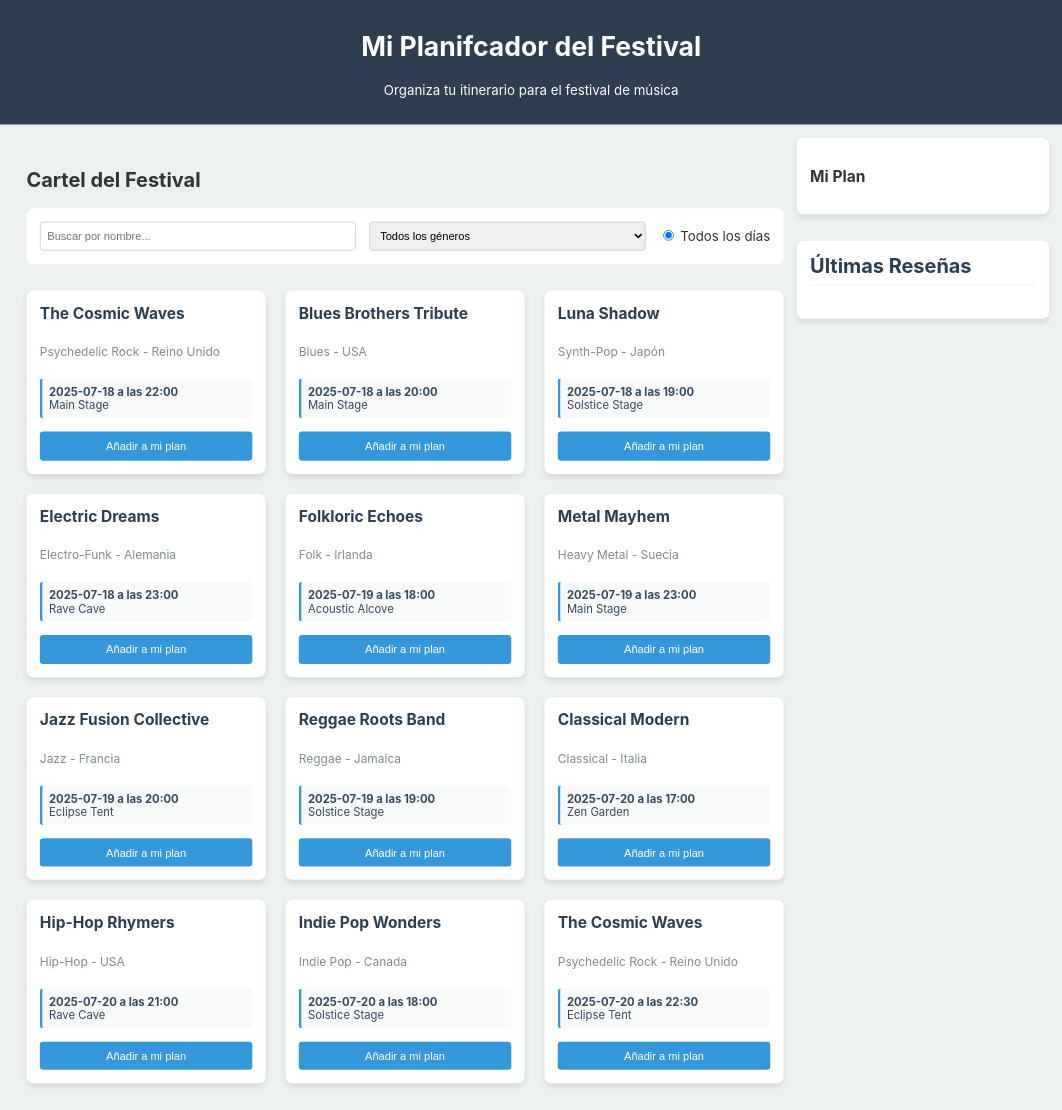
Repository: rotoforze/DWEC
Page: 2_examen_alexBernardos/index.html
An editor plug-in stored every save of this project. The page is shown before and after the next save, followed by the edit.
The browser window is 1280 px wide. The pictures show the whole page, at 83% of full size.

Above is the page before, as saved 2025-12-12 11:36:35.

### 2_examen_alexBernardos/index.html
<!DOCTYPE html>
<html lang="es">
<head>
    <meta charset="UTF-8">
    <meta name="viewport" content="width=device-width, initial-scale=1.0">
    <title>Festival</title>
    <link rel="stylesheet" href="css/style.css">
</head>
<body>
    <!-- Encabezado principal de la aplicación -->
    <header>
        <h1>Mi Planifcador del Festival</h1>
        <p>Organiza tu itinerario para el festival de música</p>
    </header>

    <!-- Contenedor principal de la aplicación: organiza el dashboard y la columna derecha -->
    <div class="container">
        <!-- Sección principal del dashboard: muestra el cartel del festival y los filtros -->
        <main id="dashboard">
            <h2>Cartel del Festival</h2>
            <!-- Formulario de filtros para buscar y categorizar artistas -->
            <form id="filter-form">
                <input type="text" id="search-name" placeholder="Buscar por nombre...">
                <select id="filter-genre">
                    <option value="">Todos los géneros</option>
                    <!-- Las opciones de género se cargarán aquí dinámicamente mediante JavaScript -->
                </select>
                <div id="filter-day" class="radio-group">
                    <label><input type="radio" name="day" value="" checked> Todos los días</label>
                    <!-- Las opciones de día se cargarán aquí dinámicamente mediante JavaScript -->
                </div>
            </form>
            <!-- Contenedor donde se mostrarán las tarjetas de los artistas filtrados -->
            <div id="artist-list" class="grid-container">
                <!-- Las tarjetas de artistas se insertarán aquí por JavaScript -->
            </div>
        </main>

        <!-- Columna lateral derecha: contiene el plan del usuario y las reseñas -->
        <div class="right-column">
            <!-- Sección para el plan personalizado del usuario -->
            <aside id="my-plan-container">
                <h3>Mi Plan</h3>
                <!-- Lista donde se añadirán las actuaciones seleccionadas por el usuario -->
                <ul id="plan-list">
                    <!-- Las actuaciones añadidas aparecerán aquí por JavaScript -->
                </ul>
            </aside>
            <!-- Sección para mostrar las reseñas de los artistas -->
            <section id="reviews-section">
                <h2>Últimas Reseñas</h2>
                <!-- Contenedor donde se mostrarán las tarjetas de las reseñas -->
                <div id="reviews-list">
                    <!-- Las reseñas se insertarán aquí por JavaScript -->
                </div>
            </section>
        </div>
    </div>

    <!-- Modal para el formulario de reseña (inicialmente oculto) -->
    <div id="review-modal" class="modal-overlay" style="display: none;">
        <div class="modal-content">
            <button class="close-modal">&times;</button>
            <h3 id="modal-artist-name">Dejar reseña para...</h3>
            <!-- Formulario de reseña del artista. La validación se realiza en el cliente. -->
            <form id="review-form" novalidate>
                <div class="form-group">
                    <label>Calificación:</label>
                    <div class="star-rating">
                        <!-- Campos de radio para la calificación por estrellas (5 a 1) -->
                        <input type="radio" id="star5" name="rating" value="5" required><label for="star5" title="5 stars">★</label>
                        <input type="radio" id="star4" name="rating" value="4"><label for="star4" title="4 stars">★</label>
                        <input type="radio" id="star3" name="rating" value="3"><label for="star3" title="3 stars">★</label>
                        <input type="radio" id="star2" name="rating" value="2"><label for="star2" title="2 stars">★</label>
                        <input type="radio" id="star1" name="rating" value="1"><label for="star1" title="1 star">★</label>
                    </div>
                    <span class="error-message"></span>
                </div>
                <div class="form-group">
                    <label for="comment">Comentario:</label>
                    <textarea id="comment" name="comment" rows="4" minlength="15" required></textarea>
                    <span class="error-message"></span>
                </div>
                <div class="form-group">
                    <label for="email">Email:</label>
                    <input type="email" id="email" name="email" required>
                    <span class="error-message"></span>
                </div>
                <button type="submit">Enviar Reseña</button>
            </form>
        </div>
    </div>


    <!-- Mensaje de éxito temporal para confirmaciones de usuario (inicialmente oculto) -->
    <div id="success-message" class="success-message" style="display: none;"></div>

    <!-- Enlace al archivo JavaScript principal de la aplicación.
         El atributo 'type="module"' permite usar importaciones y exportaciones de módulos. -->
    <script src="js/main.js" type="module"></script>
</body>
</html>

### 2_examen_alexBernardos/css/style.css
/* --- GENERALES Y LAYOUT --- */
/* Este bloque define variables globales (--variable) para la paleta de colores y estilos reutilizables.
   También establece los estilos base para la página, como la fuente y la maquetación principal de dos columnas usando Flexbox. */
:root {
    --primary-color: #2c3e50;
    --secondary-color: #3498db;
    --background-color: #ecf0f1;
    --card-bg-color: #ffffff;
    --text-color: #333;
    --error-color: #e74c3c;
    --success-color: #2ecc71;
    --star-color: #f1c40f;
    --border-radius: 8px;
    --box-shadow: 0 4px 8px rgba(0, 0, 0, 0.1);
}

body {
    font-family: -apple-system, BlinkMacSystemFont, "Segoe UI", Roboto, Helvetica, Arial, sans-serif;
    margin: 0;
    background-color: var(--background-color);
    color: var(--text-color);
}

header {
    background-color: var(--primary-color);
    color: white;
    padding: 1rem 2rem;
    text-align: center;
}

.container {
    display: flex;
    flex-wrap: wrap;
    padding: 1rem;
}

main#dashboard {
    flex: 3;
    min-width: 300px;
    padding: 1rem;
}

.right-column {
    flex: 1;
    min-width: 300px;
    display: flex;
    flex-direction: column;
    gap: 2rem;
}

aside#my-plan-container {
    background-color: var(--card-bg-color);
    padding: 1rem;
    border-radius: var(--border-radius);
    box-shadow: var(--box-shadow);
}

/* --- FORMULARIO DE FILTROS --- */
/* Estilos para el formulario que permite al usuario buscar y filtrar artistas. */
#filter-form {
    display: flex;
    flex-wrap: wrap;
    gap: 1rem;
    margin-bottom: 2rem;
    background-color: var(--card-bg-color);
    padding: 1rem;
    border-radius: var(--border-radius);
}

#filter-form input[type="text"],
#filter-form select {
    padding: 0.5rem;
    border: 1px solid #ccc;
    border-radius: 4px;
    flex-grow: 1;
}

.radio-group {
    display: flex;
    gap: 1rem;
    align-items: center;
}

/* --- TARJETAS DE ARTISTAS --- */
/* Define el layout de parrilla para las tarjetas de artistas y el estilo de cada tarjeta individual,
   incluyendo efectos visuales como sombras y animaciones al pasar el ratón. */
.grid-container {
    display: grid;
    grid-template-columns: repeat(auto-fill, minmax(220px, 1fr));
    gap: 1.5rem;
}

.artist-card {
    background: var(--card-bg-color);
    border-radius: var(--border-radius);
    box-shadow: var(--box-shadow);
    padding: 1rem;
    transition: transform 0.2s, box-shadow 0.2s;
    display: flex;
    flex-direction: column;
}

.artist-card:hover {
    transform: translateY(-5px);
    box-shadow: 0 8px 16px rgba(0, 0, 0, 0.15);
}

.artist-card h3 {
    margin-top: 0;
    color: var(--primary-color);
}

.artist-card p {
    font-size: 0.9rem;
    color: #7f8c8d;
    margin: 0.5rem 0;
}

.card-schedule-info {
    font-size: 0.85rem;
    color: #34495e;
    background-color: #f8f9f9;
    padding: 0.5rem;
    border-radius: 4px;
    margin: 1rem 0;
    border-left: 3px solid var(--secondary-color);
}

.card-schedule-info span {
    display: block;
}

.card-schedule-info span:first-child {
    font-weight: bold;
}

.artist-card button {
    background-color: var(--secondary-color);
    color: white;
    border: none;
    padding: 0.6rem 1rem;
    border-radius: 4px;
    cursor: pointer;
    width: 100%;
    margin-top: auto; /* Empuja el botón al final */
    transition: background-color 0.2s;
}

.artist-card button:hover {
    background-color: #2980b9;
}

/* --- SECCIÓN "MI PLAN" --- */
/* Estilos para la lista de actuaciones que el usuario ha seleccionado.
   Incluye el estilo de cada elemento de la lista y sus botones de acción (Eliminar, Dejar reseña). */
#plan-list {
    list-style-type: none;
    padding: 0;
    margin: 0;
}

#plan-list li {
    background-color: #f9f9f9;
    padding: 0.8rem;
    margin-bottom: 0.8rem;
    border-radius: 4px;
    border-left: 5px solid var(--secondary-color);
    position: relative;
}

#plan-list .plan-item-info strong {
    display: block;
    color: var(--primary-color);
}

#plan-list .plan-item-info span {
    font-size: 0.85rem;
    color: #7f8c8d;
}

#plan-list .plan-item-actions {
    margin-top: 0.5rem;
    display: flex;
    gap: 0.5rem;
}

.plan-item-actions button {
    font-size: 0.75rem;
    padding: 0.3rem 0.6rem;
    border-radius: 3px;
    cursor: pointer;
    border: 1px solid;
}

.btn-delete {
    border-color: var(--error-color);
    color: var(--error-color);
    background: transparent;
}
.btn-review {
    border-color: var(--secondary-color);
    color: var(--secondary-color);
    background: transparent;
}
.btn-review:disabled {
    border-color: #ccc;
    color: #ccc;
    cursor: not-allowed;
}


/* --- MODAL --- */
/* Estilos para la ventana modal que aparece superpuesta.
   Define la capa de fondo oscura y el contenedor del contenido del modal. */
.modal-overlay {
    position: fixed;
    top: 0;
    left: 0;
    width: 100%;
    height: 100%;
    background-color: rgba(0, 0, 0, 0.6);
    display: flex;
    justify-content: center;
    align-items: center;
    z-index: 1000;
}

.modal-content {
    background: white;
    padding: 2rem;
    border-radius: var(--border-radius);
    width: 90%;
    max-width: 500px;
    position: relative;
}

.close-modal {
    position: absolute;
    top: 1rem;
    right: 1rem;
    background: none;
    border: none;
    font-size: 1.5rem;
    cursor: pointer;
}

/* --- FORMULARIO DE RESEÑA --- */
/* Define los estilos para el formulario dentro del modal, incluyendo los campos de entrada,
   los mensajes de error de validación y el sistema de calificación por estrellas. */
#review-form .form-group {
    margin-bottom: 1rem;
}

#review-form label {
    display: block;
    margin-bottom: 0.3rem;
}

#review-form input,
#review-form textarea {
    width: 100%;
    padding: 0.5rem;
    border: 1px solid #ccc;
    border-radius: 4px;
    box-sizing: border-box;
}

#review-form button {
    background-color: var(--success-color);
    color: white;
    padding: 0.7rem 1.5rem;
    border: none;
    border-radius: 4px;
    cursor: pointer;
}
.error-message {
    color: var(--error-color);
    font-size: 0.8rem;
    height: 1rem;
    display: block;
}
input:invalid, textarea:invalid {
    border-color: var(--error-color);
}

/* Star Rating: Implementación de calificación por estrellas con inputs de radio y CSS. */
.star-rating {
    display: flex;
    flex-direction: row-reverse;
    justify-content: flex-end;
}

.star-rating input[type="radio"] {
    display: none;
}

.star-rating label {
    color: #ccc;
    cursor: pointer;
    font-size: 2rem;
    margin: 0;
}

.star-rating input[type="radio"]:checked ~ label,
.star-rating label:hover,
.star-rating label:hover ~ label {
    color: var(--star-color);
}

/* --- MENSAJE DE ÉXITO --- */
/* Estilos para la notificación flotante que aparece tras enviar una reseña. */
.success-message {
    position: fixed;
    bottom: 20px;
    left: 50%;
    transform: translateX(-50%);
    background-color: var(--success-color);
    color: white;
    padding: 1rem 2rem;
    border-radius: var(--border-radius);
    z-index: 1001;
    box-shadow: var(--box-shadow);
}


/* --- SECCIÓN DE RESEÑAS --- */
/* Estilos para la sección que muestra las reseñas enviadas y el formato de cada tarjeta de reseña. */
#reviews-section {
    background-color: var(--card-bg-color);
    padding: 1rem;
    border-radius: var(--border-radius);
    box-shadow: var(--box-shadow);
}

#reviews-section h2 {
    text-align: left;
    margin-top: 0;
    margin-bottom: 1.5rem;
    padding-bottom: 0.5rem;
    border-bottom: 1px solid #eee;
    color: var(--primary-color);
}

#reviews-list {
    display: flex;
    flex-direction: column;
    gap: 1rem;
}

.review-card {
    background: #f9f9f9;
    border-radius: var(--border-radius);
    padding: 1rem;
    display: flex;
    flex-direction: column;
    border-left: 5px solid var(--secondary-color);
}

.review-card h4 {
    margin: 0 0 0.5rem 0;
    color: var(--primary-color);
}

.review-card-rating {
    color: var(--star-color);
    font-size: 1.2rem;
    margin-bottom: 1rem;
}

.review-card-comment {
    font-style: italic;
    color: #555;
    margin: 0;
}


/* --- RESPONSIVE --- */
/* Contiene las Media Queries para adaptar el diseño a diferentes tamaños de pantalla,
   como apilar las columnas en dispositivos móviles. */
@media (max-width: 992px) {
    .container {
        flex-direction: column;
    }
    .right-column {
        margin-top: 2rem;
        gap: 2rem;
    }
}

### 2_examen_alexBernardos/js/main.js
// js/main.js

import { cargarDatos } from "./dataManager.js";

function init(){
    // iniciamos la app
    console.log('%c Iniciando...', "color:green;");

    cargarDatos();

}


document.addEventListener('DOMContentLoaded', init);

### 2_examen_alexBernardos/js/dataManager.js
import { renderTarjetas } from "./renderer.js";

let horarios;
let artistas;
let escenarios;
let generos = [];


export async function cargarDatos() {

    console.log('%c Cargando datos de horarios.json, artistas.json, escenarios.json.', 'color:blue;');
    // guardo los horarios
    horarios = await fetchRute("./data/horarios.json");
    // guardo los artistas
    artistas = await fetchRute("./data/artistas.json");
    // guardo los escenarios
    escenarios = await fetchRute("./data/escenarios.json");
    console.log('%c Datos de horarios.json, artistas.json, escenarios.json, cargados correctamente.', 'color:blue;');

    sacarGeneros();
    ponerGenerosEnSelect();
    renderTarjetas(horarios);
}

/**
 * Saca los generos de los artistas y los mete en un array
 * no admite duplicados
 */
function sacarGeneros() {
    for (const artista of artistas) {
        if (!generos.includes(artista.genero)) {
            generos.push(artista.genero);
        }
    }
}

/**
 * Pone los generos en el select.
 */
function ponerGenerosEnSelect() {
    const listaGeneros = document.querySelector('#filter-genre');
    generos.map((genero, clave) => {
        listaGeneros.innerHTML += (`
            <option value="${clave}">${genero}</option>
            `);
    })
}

/**
 * Recibe un id de un artista y devuelve el objeto correspondiente
 *
 * @param {String} id
 * @returns {object}
 */
export function getArtista(id) {
    for (const artista of artistas) {
        if (artista.id == id) {
            return artista;
        }
    }
}

/**
 * Recibe un id de un escenario y devuelve el objeto correspondiente
 *
 * @param {String} id
 * @returns {object}
 */
export function getEscenario(id) {
    for (const escenario of escenarios) {
        if (escenario.id == id) {
            return escenario;
        }
    }
}

/**
 * Recibe una ruta, usando una promesa, hace un fetch y devuelve su resultado.
 *
 * @param {File} rute
 */
async function fetchRute(rute) {
    return new Promise((resolve, reject) =>
        fetch(rute)
            .then(resp => resp.json())
            .then((data) => resolve(data))
            .catch((error) => reject(error)));
}

### 2_examen_alexBernardos/js/renderer.js
import { getArtista, getEscenario } from "./dataManager.js";

export function renderTarjetas(horarios) {
    const contenedor = document.querySelector("#artist-list");
    contenedor.innerHTML = "";
    for (const horario of horarios) {
        contenedor.innerHTML += nuevaTarjeta(horario.artistaId, horario.dia,
                                    horario.horaInicio, horario.escenarioId);
    }
}

function nuevaTarjeta(artistaId, dia, horaInicio, escenarioId) {
    return (`
        <div class="artist-card">
            <h3>${getArtista(artistaId).nombre}</h3>
            <p>${getArtista(artistaId).genero} - ${getArtista(artistaId).pais}</p>
            <div class="card-schedule-info">
                <span>${dia} a las ${horaInicio}</span>
                <span>${getEscenario(escenarioId).nombre}</span>
            </div>
            <button>Añadir a mi plan</button>
        </div>
        `)
}

### 2_examen_alexBernardos/data/horarios.json
[
  {
    "artistaId": "a1",
    "escenarioId": "e6",
    "dia": "2025-07-18",
    "horaInicio": "22:00",
    "duracion": 90
  },
  {
    "artistaId": "a3",
    "escenarioId": "e6",
    "dia": "2025-07-18",
    "horaInicio": "20:00",
    "duracion": 90
  },
  {
    "artistaId": "a2",
    "escenarioId": "e1",
    "dia": "2025-07-18",
    "horaInicio": "19:00",
    "duracion": 60
  },
  {
    "artistaId": "a4",
    "escenarioId": "e4",
    "dia": "2025-07-18",
    "horaInicio": "23:00",
    "duracion": 75
  },
  {
    "artistaId": "a5",
    "escenarioId": "e5",
    "dia": "2025-07-19",
    "horaInicio": "18:00",
    "duracion": 60
  },
  {
    "artistaId": "a6",
    "escenarioId": "e6",
    "dia": "2025-07-19",
    "horaInicio": "23:00",
    "duracion": 120
  },
  {
    "artistaId": "a7",
    "escenarioId": "e2",
    "dia": "2025-07-19",
    "horaInicio": "20:00",
    "duracion": 90
  },
  {
    "artistaId": "a8",
    "escenarioId": "e1",
    "dia": "2025-07-19",
    "horaInicio": "19:00",
    "duracion": 75
  },
  {
    "artistaId": "a9",
    "escenarioId": "e3",
    "dia": "2025-07-20",
    "horaInicio": "17:00",
    "duracion": 60
  },
  {
    "artistaId": "a10",
    "escenarioId": "e4",
    "dia": "2025-07-20",
    "horaInicio": "21:00",
    "duracion": 90
  },
  {
    "artistaId": "a11",
    "escenarioId": "e1",
    "dia": "2025-07-20",
    "horaInicio": "18:00",
    "duracion": 75
  },
  {
    "artistaId": "a1",
    "escenarioId": "e2",
    "dia": "2025-07-20",
    "horaInicio": "22:30",
    "duracion": 90
  }
]

### 2_examen_alexBernardos/data/escenarios.json
[
  {
    "id": "e1",
    "nombre": "Solstice Stage",
    "capacidad": 15000,
    "ubicacion": "Zona Norte"
  },
  {
    "id": "e2",
    "nombre": "Eclipse Tent",
    "capacidad": 5000,
    "ubicacion": "Zona Oeste"
  },
  {
    "id": "e3",
    "nombre": "Zen Garden",
    "capacidad": 3000,
    "ubicacion": "Zona Sur"
  },
  {
    "id": "e4",
    "nombre": "Rave Cave",
    "capacidad": 7000,
    "ubicacion": "Zona Este"
  },
  {
    "id": "e5",
    "nombre": "Acoustic Alcove",
    "capacidad": 1000,
    "ubicacion": "Centro"
  },
  {
    "id": "e6",
    "nombre": "Main Stage",
    "capacidad": 20000,
    "ubicacion": "Entrada Principal"
  },
  {
    "id": "e7",
    "nombre": "Chill Zone",
    "capacidad": 2000,
    "ubicacion": "Junto al Lago"
  },
  {
    "id": "e8",
    "nombre": "Groove Ground",
    "capacidad": 6000,
    "ubicacion": "Área de Comida"
  },
  {
    "id": "e9",
    "nombre": "Tech Temple",
    "capacidad": 4000,
    "ubicacion": "Bosque"
  },
  {
    "id": "e10",
    "nombre": "Vibe Village",
    "capacidad": 2500,
    "ubicacion": "Campamento"
  }
]

Loaded but not shown: 2_examen_alexBernardos/data/artistas.json (90 lines, source omitted)

After the next save:
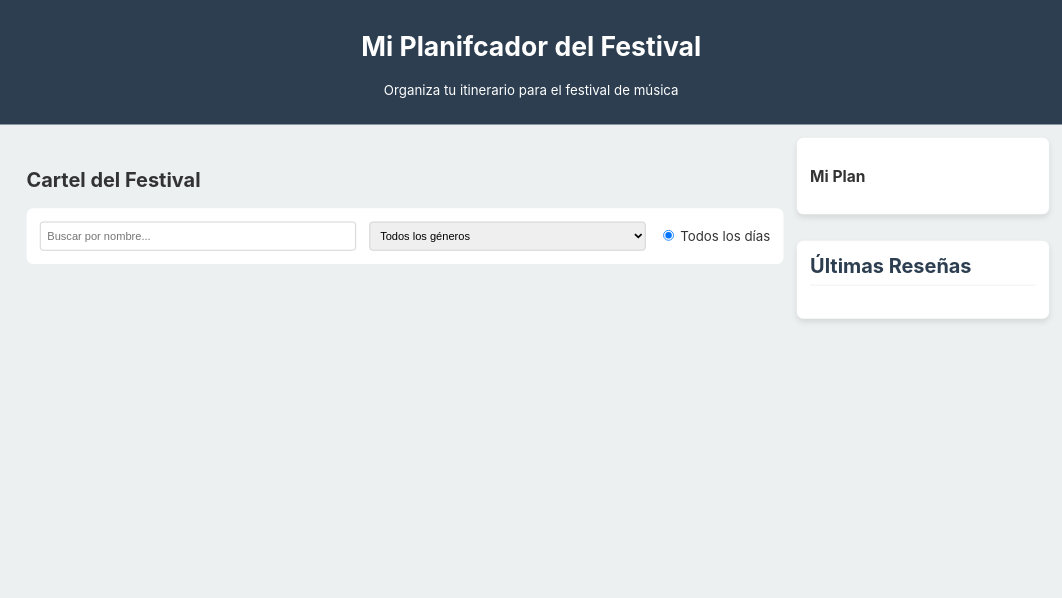
Console error: ReferenceError: ponerFechas is not defined
Saved 43 s later.
--- a/2_examen_alexBernardos/js/dataManager.js
+++ b/2_examen_alexBernardos/js/dataManager.js
@@ -19,6 +19,7 @@
 
     sacarGeneros();
     ponerGenerosEnSelect();
+    ponerFechas();
     renderTarjetas(horarios);
 }
 

After the save that followed:
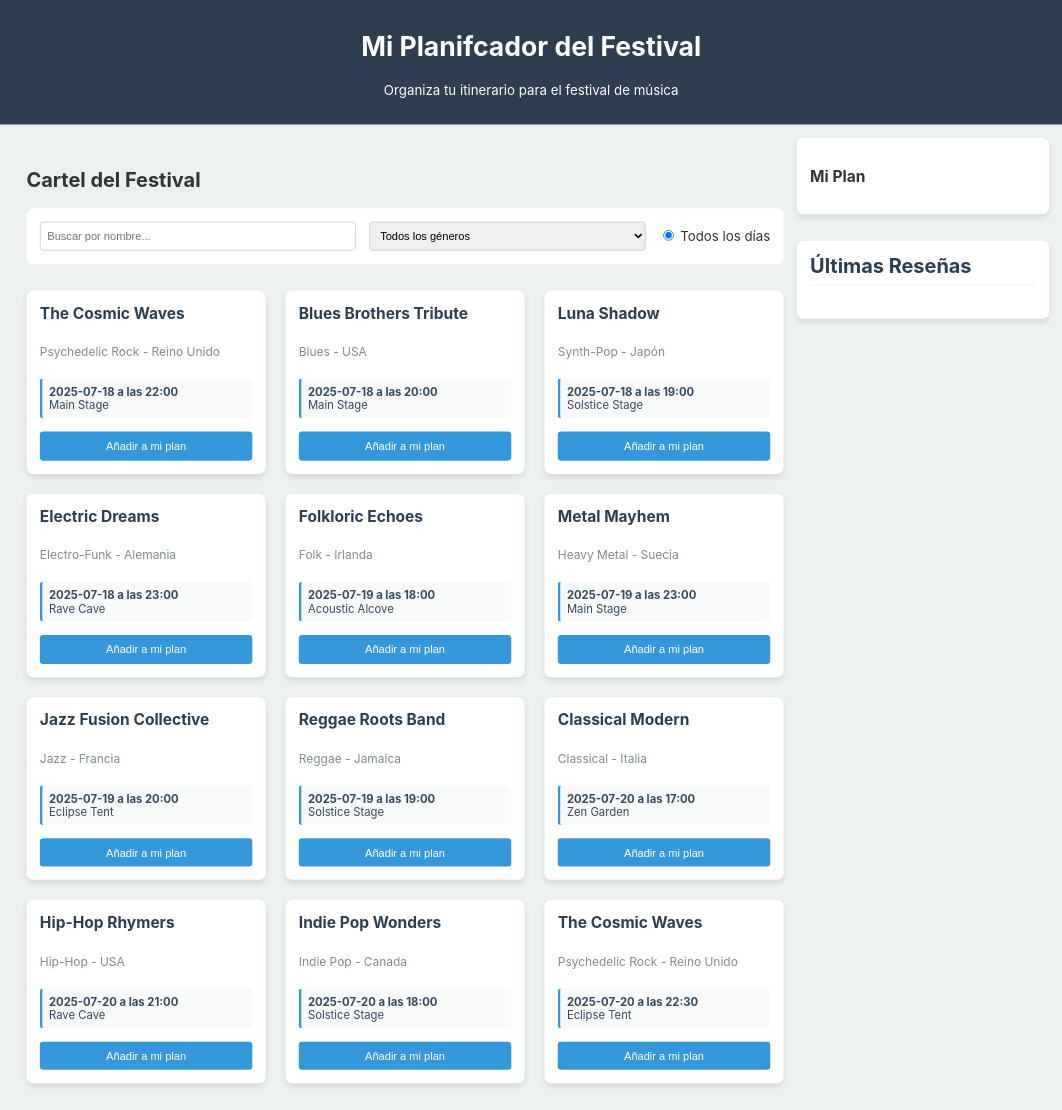
The error is gone.
Saved 6 s later.
--- a/2_examen_alexBernardos/js/dataManager.js
+++ b/2_examen_alexBernardos/js/dataManager.js
@@ -19,7 +19,7 @@
 
     sacarGeneros();
     ponerGenerosEnSelect();
-    ponerFechas();
+    // ponerFechas();
     renderTarjetas(horarios);
 }
 
